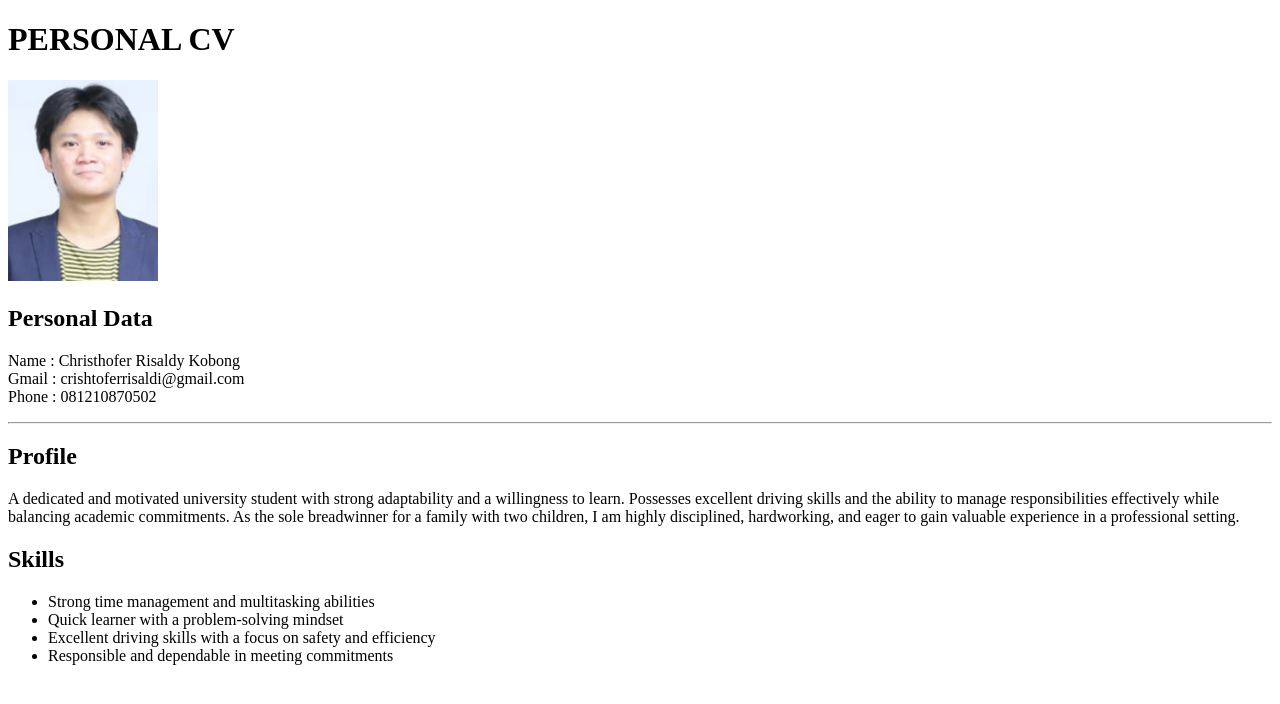
Repository: ChristhoferRisaldy/CVWeb
Page: web.html
The author's editor kept a copy of each file at every save. The page is drawn from the files as they stood at one save, then again after the next save.
The browser window is 1280 px wide. The pictures show the whole page.

Above is the page before, as saved 2025-02-25 07:51:05.

### web.html
<!DOCTYPE html>
<html>
    <head>
        <meta name="viewport" content="width=device-width, inital-scale=1">
    </head>
    <body>
        <h1>PERSONAL CV</h1>
        <img src="1.png"
        width="150">

        <h2><b>Personal Data</b></h3>
        <p>
            Name : Christhofer Risaldy Kobong<br>
            Gmail : crishtoferrisaldi@gmail.com<br>
            Phone : 081210870502
        </p>

        <hr>
        <h2>Profile</h2>
        <p>A dedicated and motivated university student with strong adaptability and a willingness to learn. Possesses excellent driving skills and the ability to manage responsibilities effectively while balancing academic commitments. As the sole breadwinner for a family with two children, I am highly disciplined, hardworking, and eager to gain valuable experience in a professional setting.
        </p>

        <h2>Skills</h2>
        <ul>
            <li>Strong time management and multitasking abilities</li>
            <li>Quick learner with a problem-solving mindset</li>
            <li>Excellent driving skills with a focus on safety and efficiency</li>
            <li>Responsible and dependable in meeting commitments</li>
        </ul>

</html>

After the next save:
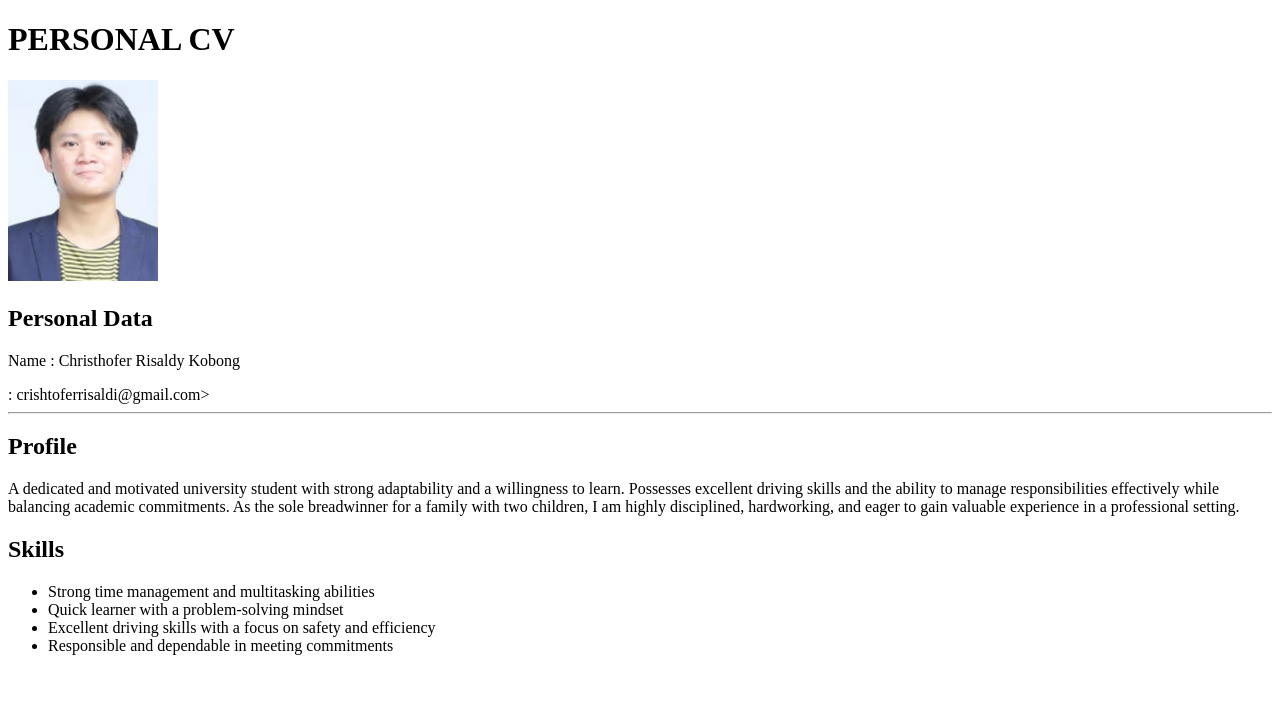
Saved 4 min 14 s later.
--- a/web.html
+++ b/web.html
@@ -11,9 +11,8 @@
         <h2><b>Personal Data</b></h3>
         <p>
             Name : Christhofer Risaldy Kobong<br>
-            Gmail : crishtoferrisaldi@gmail.com<br>
-            Phone : 081210870502
         </p>
+        <a> : crishtoferrisaldi@gmail.com></a>
 
         <hr>
         <h2>Profile</h2>
